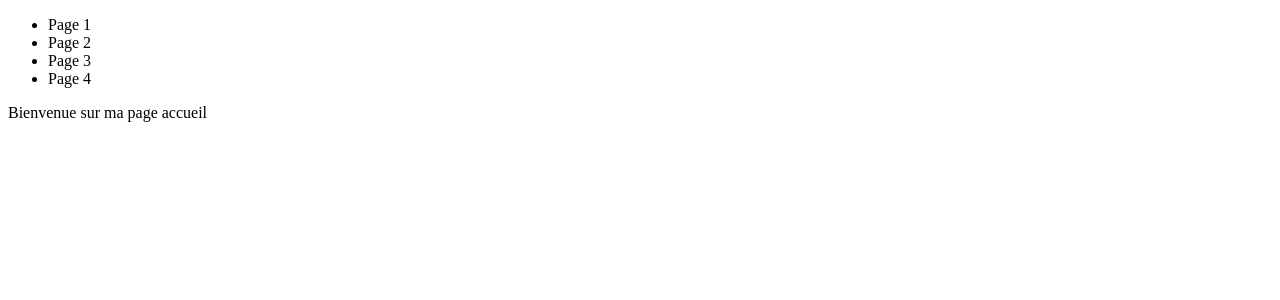
Repository: ibnadam2010/eclipse-workspace
Page: http://localhost/test/
These files come from the project's save history. The page is drawn as it stood at one moment and after the next save; the edit follows.
The browser window is 1280 px wide. The pictures show the whole page.
The page is served by Tomcat 9.

Above is the page before, as saved 2020-11-26 18:19:04.

After the next save:
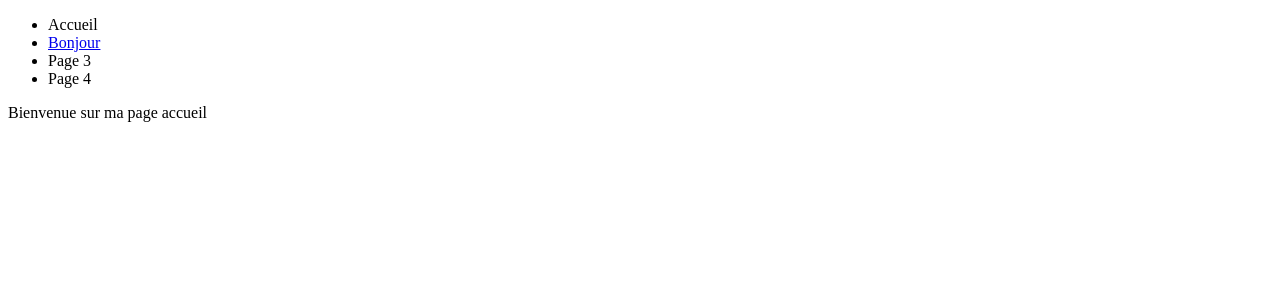
Saved 3 min 33 s later.
--- a/test/WebContent/WEB-INF/menu.jsp
+++ b/test/WebContent/WEB-INF/menu.jsp
@@ -1,6 +1,6 @@
 <ul>
-<li>Page 1</li>
-<li>Page 2</li>
+<li><a href="/test/"></a>Accueil</li>
+<li><a href="/test/bonjour">Bonjour</a></li>
 <li>Page 3</li>
 <li>Page 4</li>
 </ul>
